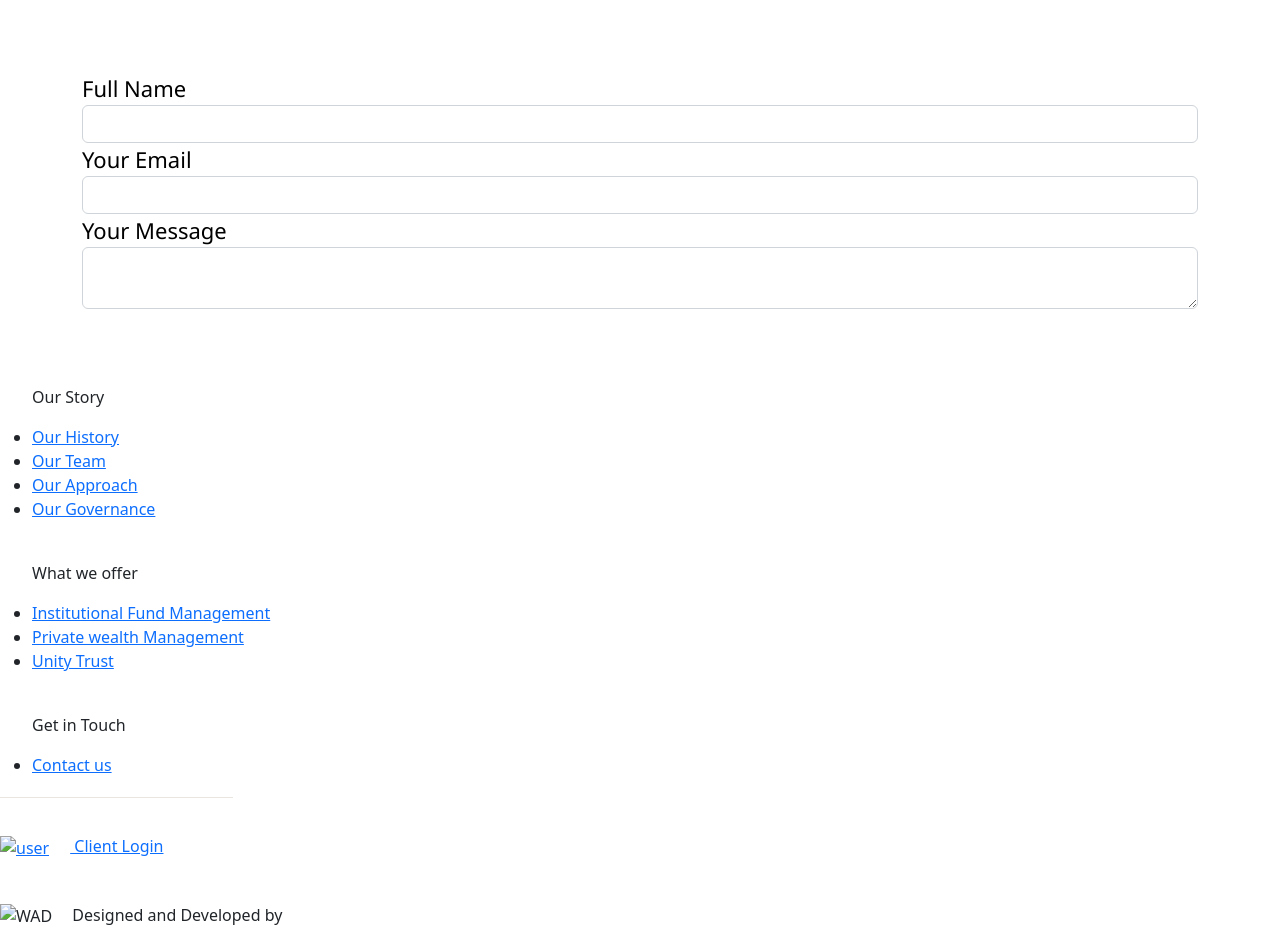
Repository: kaushalyaweerakoon/Plantation-Villa
Page: contact-us.html
An editor plug-in stored every save of this project. The page is shown before and after the next save, followed by the edit.
The browser window is 1280 px wide. The pictures show the part of the page from y = 1495 to 2447 px (the page is 2447 px tall before and 1906 px after).
Some web fonts or font styles are not loaded; a fallback is used.

Above is the page before, as saved 2022-08-15 15:22:28.
Not found: assets/images/user.svg
Not found: assets/images/we are designers logo.png
Not found: assets/js/main.js

### contact-us.html
<!doctype html>
<html lang="en">

<head>
    <meta charset="utf-8">
    <meta name="viewport" content="width=device-width, initial-scale=1">

    <title>Plantation Villa| News Inner</title>

    <!-- Bootstrap css -->
    <link href="https://cdn.jsdelivr.net/npm/bootstrap@5.2.0-beta1/dist/css/bootstrap.min.css" rel="stylesheet"
        integrity="sha384-0evHe/X+R7YkIZDRvuzKMRqM+OrBnVFBL6DOitfPri4tjfHxaWutUpFmBp4vmVor" crossorigin="anonymous">

    <!-- fonts -->
    <link href="http://fonts.cdnfonts.com/css/segoe-ui-4" rel="stylesheet">
    <link rel="preconnect" href="https://fonts.googleapis.com">
    <link rel="preconnect" href="https://fonts.gstatic.com" crossorigin>

    <!-- swiperJS -->
    <link rel="stylesheet" href="https://unpkg.com/swiper@8/swiper-bundle.min.css" />

    <!-- custom css -->
    <link rel="stylesheet" href="asserts/css/main.css">

</head>


<!-- Section 2-->
<section class="container mt-md-4 mt-3 mb-5 pb-4">
    <p class="title pt-3">CONTACT US</p>

    <div class="text-center" id="">
        <p class="text">
            Lorem ipsum dolor sit amet, consectetur adipiscing elit. Cras cursus velit eu efficitur ultricies. Ut
            interdum et ipsum quis mattis. Sed bibendum arcu non sodales euismod. Proin ac metus quis ligula tempus
            commodo id a nunc.
        </p>
    </div>
</section>

<div class="container pb-4">
    <!-- Breadcrumb -->
    <nav aria-label="" class="mt-5 mb-4 ">
        <ol class="breadcrumb">
            <li class="breadcrumb-item"><a href="" class="breadcrumb-text fs-13-px text-font-family">Contact
                    Us </a>
            <li class="breadcrumb-item"><a href="" aria-current="page"
                    class="breadcrumb-text active fs-13-px text-font-family">Get In Touch</a>
            </li>
        </ol>
    </nav>
    <!--/ Breadcrumb -->

    <div class="row gy-3 gx-4">
        <div class="col-md-4 col-xl-2 pe-xl-5">

            <div class="col-xl-12 pb-5">
                <p class="country-text">Sri Lanka</p>
                <p class="">Wattalaya Watta,<br>
                    Nehinna, Dodangoda,<br>
                    Kalutara, Sri Lanka</p>
                <ul class="list-unstyled">
                    <li><a class="mb-3 lh-lg text-dark text-decoration-none"
                            href="reservations@srimal.com">reservations@srimal.com</a>
                    </li>
                    <li><a class="text-dark text-decoration-none" href="tel:++090123456789">+090123456789</a></li>
                </ul>
            </div>
        </div>

        <div class="col-md-4 col-xl-2 pe-xl-5">
        </div>

        <div class="col-md-4 col-xl-2 pe-xl-5">
            <div class="col-xl-12 pb-5">
                <p class="country-text">UK</p>
                <p class="">Wattalaya Watta,<br>
                    Nehinna, Dodangoda,<br>
                    Kalutara, Sri Lanka</p>
                <ul class="list-unstyled">
                    <li><a class="mb-3 lh-lg text-dark text-decoration-none"
                            href="reservations@srimal.com">reservations@srimal.com</a>
                    </li>
                    <li><a class="text-dark text-decoration-none" href="tel:++090123456789">+090123456789</a></li>
                </ul>
            </div>

        </div>
    </div>
</div>


<!-- map section-->
<section class="container mt-md-4 mt-3 mb-5 pb-4">

    <div class="ratio" style="--bs-aspect-ratio: 50%;">
        <iframe
            src="https://www.google.com/maps/embed?pb=!1m14!1m8!1m3!1d52824.16461165647!2d80.37247646048803!3d7.61515466786648!3m2!1i1024!2i768!4f13.1!3m3!1m2!1s0x3ae333391ecc0a0d%3A0x8a95434c984a12bf!2sARALIYA%20HOTEL!5e0!3m2!1sen!2slk!4v1660547131912!5m2!1sen!2slk"
            width="600" height="450" style="border:0;" allowfullscreen="" loading="lazy"
            referrerpolicy="no-referrer-when-downgrade"></iframe>
    </div>
</section>
<!-- map section -->

<!-- Breadcrumb -->
<div class="container pb-4 p-2">
    <nav aria-label="" class="mt-5 mb-4 ">
        <ol class="breadcrumb">
            <li class="breadcrumb-item"><a href="" class="breadcrumb-text fs-13-px text-font-family">Contact
                    Us </a>
            <li class="breadcrumb-item"><a href="" aria-current="page"
                    class="breadcrumb-text active fs-13-px text-font-family">Inquire Now</a>
            </li>
        </ol>
    </nav>
</div>
<!--/ Breadcrumb -->
<section>
    <div class="container pb-4">
        <nav aria-label="" class="mt-5 mb-4 ">
            <div id="contact-us">
                <form>
                    <div class="">
                        <div class="">
                            <label for="fullname" class="text">Full Name</label>
                            <input type="text" class="form-control" id="fullname" aria-describedby="emailHelp">
                        </div>
                        <div class="">
                            <div class="d-flex justify-content-between align-items-center">
                                <label for="emailaddress" class="text">Your Email </label>
                            </div>
                            <input type="email" class="form-control" id="emailaddress" aria-describedby="emailHelp">
                        </div>

                        <div class="">
                            <label for="comment" class="text">Your Message</label>
                            <textarea class="form-control h-auto" id="comment"></textarea>
                        </div>
                    </div>
                </form>
            </div>
        </nav>
    </div>
</section>

<div class="offcanvas-body m-0 p-0 pt-4 mt-1">
    <div class="sidenav">
        <ul class="pb-4">
            <p class="nav-text">Our Story</p>
            <li><a href="" class="nav-main-text">Our History</a></li>
            <li><a href="" class="nav-main-text">Our Team</a></li>
            <li><a href="" class="nav-main-text">Our Approach</a></li>
            <li><a href="" class="nav-main-text">Our Governance</a></li>
        </ul>
        <ul class="pb-4">
            <p class="nav-text">What we offer</p>
            <li><a href="" class="nav-main-text">Institutional Fund Management</a></li>
            <li><a href="" class="nav-main-text">Private wealth Management</a></li>
            <li><a href="" class="nav-main-text">Unity Trust</a></li>
        </ul>
        <ul class="pb-1">
            <p class="nav-text">Get in Touch</p>
            <li><a href="" class="nav-main-text">Contact us</a></li>
        </ul>
        <hr style="width: 233px; color: #a79c84; padding-bottom: 20px;">
        <a href="" class="nav-main-text">
            <img src="assets/images/user.svg" alt="user" style="padding-right: 21px;">
            Client Login
        </a>
        <div class="pb-4" style="padding-top: 43px;">
            <img src="assets/images/we are designers logo.png" alt="WAD"
                style="width: 18px; height: 13.7px;">
            <span class="sourceSansPro-font fs-11-px grayOlive-color fw-normal ps-3">Designed and
                Developed
                by</span>
        </div>
    </div>
</div>

</div>



<!-- bootstrap -->
<script src="https://cdn.jsdelivr.net/npm/bootstrap@5.2.0-beta1/dist/js/bootstrap.bundle.min.js"
    integrity="sha384-pprn3073KE6tl6bjs2QrFaJGz5/SUsLqktiwsUTF55Jfv3qYSDhgCecCxMW52nD2"
    crossorigin="anonymous"></script>

<!-- swiperJS -->
<script src="https://unpkg.com/swiper@8/swiper-bundle.min.js"></script>

<!-- custom script -->
<script src="assets/js/main.js"></script>


</body>

</html>

### asserts/css/main.css
/* Call the root */
:root {
  --Lora-font: 'Lora';
  --Segoe-font: 'Segoe UI';

  --font-size-14px: 18px;
  --font-size-20px: 20px;
  --font-size-22px: 22px;
  --font-size-25px: 25px;
  --font-size-30px: 30px;
  --font-size-35px: 35px;
  --font-size-40px: 40px;

  --font-color-8d6e63: #8d6e63;
  --font-color-3e2222: #3e2222;
  --bggreen: #7d824a;
  --co-white: #ffffff;
}

/* Create clases for fronts */
.Lora-ff {
  font-family: var(--Lora-font);
}

.Segoe-ff {
  font-family: var(--Segoe-font);
}

/* Create clases for front sizes*/
.fs-18-px {
  font-size: var(--font-size-18px)
}

.fs-20-px {
  font-size: var(--font-size-20px)
}

.fs-22-px {
  font-size: var(--font-size-22px)
}

.fs-25-px {
  font-size: var(--font-size-22px)
}

.fs-30-px {
  font-size: var(--font-size-30px)
}

.fs-35-px {
  font-size: var(--font-size-35px)
}

.fs-40-px {
  font-size: var(--font-size-40px)
}

/* Color */
.txt-purple {
  color: var(--font-color-8d6e63)
}

.txt-red {
  color: var(--font-color-3e2222)
}

/* news inner */

/* Breadcrumb */
.breadcrumb-text {
  font-family: var(--Lora-font);
  text-decoration: none;
  color: var(--font-color-8d6e63);
  font-weight: normal;
  font-size: var(--font-size-20px);
}

.breadcrumb-text.active {
  color: var(--font-color-3e2222);
  text-decoration: none;
  font-weight: normal;
}

.breadcrumb-text:hover {
  font-family: var(--Lora-font);
  font-size: var(--font-size-35px);
  color: var(--font-color-8d6e63);
  text-decoration: none;
}

/* -- */

.newsinner-date {
  color: var(--font-color-8d6e63);
  font-family: var(--Segoe-font);
  font-size: var(--font-size-20px);
}

.newsinner-head {
  color: var(--font-color-3e2222);
  font-family: var(--Lora-font);
  font-size: 45px;
  font-weight: normal;
}

/* Heading */

.title {
  font-size: var(--font-size-30px);
  font-family: var(--Segoe-font);
  color: var(--font-color-8d6e63);
  text-align: center;
  margin-bottom: clamp(40px, 5vw, 71px);
}
.text{
  font-size: var(--font-size-22px);
  font-family: var(--Segoe-font);
  color: #000;
}

/* contact us */
.country-text {
  font-family: var(--Lora-font)!important;
  color: var(--font-color-3e2222);
  font-weight: normal;
  font-size: var(--font-size-30px);
}

After the next save:
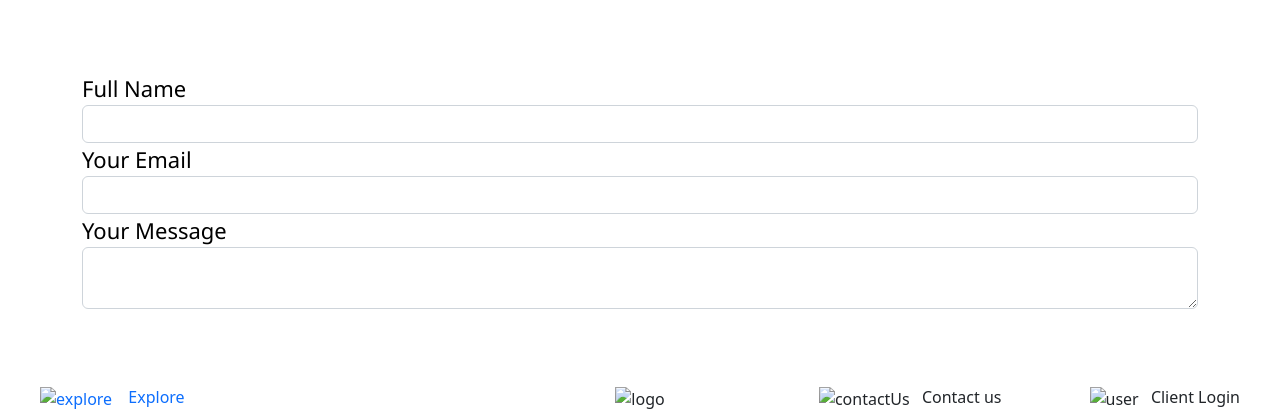
Not found: assets/images/contactUs-white.svg
Not found: assets/images/explore-white.svg
Not found: assets/images/logo.png
Saved 43 s later.
--- a/contact-us.html
+++ b/contact-us.html
@@ -143,41 +143,76 @@
     </div>
 </section>
 
-<div class="offcanvas-body m-0 p-0 pt-4 mt-1">
-    <div class="sidenav">
-        <ul class="pb-4">
-            <p class="nav-text">Our Story</p>
-            <li><a href="" class="nav-main-text">Our History</a></li>
-            <li><a href="" class="nav-main-text">Our Team</a></li>
-            <li><a href="" class="nav-main-text">Our Approach</a></li>
-            <li><a href="" class="nav-main-text">Our Governance</a></li>
-        </ul>
-        <ul class="pb-4">
-            <p class="nav-text">What we offer</p>
-            <li><a href="" class="nav-main-text">Institutional Fund Management</a></li>
-            <li><a href="" class="nav-main-text">Private wealth Management</a></li>
-            <li><a href="" class="nav-main-text">Unity Trust</a></li>
-        </ul>
-        <ul class="pb-1">
-            <p class="nav-text">Get in Touch</p>
-            <li><a href="" class="nav-main-text">Contact us</a></li>
-        </ul>
-        <hr style="width: 233px; color: #a79c84; padding-bottom: 20px;">
-        <a href="" class="nav-main-text">
-            <img src="assets/images/user.svg" alt="user" style="padding-right: 21px;">
-            Client Login
+<div class="position-absolute row m-0 w-100 pt-4 mt-1">
+    <div class="col ms-4 ps-3">
+        <a class="text-decoration-none" data-bs-toggle="offcanvas" href="#offcanvasExample">
+            <img src="assets/images/explore-white.svg" alt="explore" class="pe-2 me-1">
+            <span class="nav-text">Explore</span>
         </a>
-        <div class="pb-4" style="padding-top: 43px;">
-            <img src="assets/images/we are designers logo.png" alt="WAD"
-                style="width: 18px; height: 13.7px;">
-            <span class="sourceSansPro-font fs-11-px grayOlive-color fw-normal ps-3">Designed and
-                Developed
-                by</span>
-        </div>
-    </div>
-</div>
-
-</div>
+    </div>
+    <div class="col col-xl-auto col-md-auto">
+        <img src="assets/images/logo.png" alt="logo" id="logo">
+    </div>
+    <div class="col me-4 pe-3">
+        <div class="row row-cols-3 justify-content-end">
+            <div class="col-xl-auto pe-xl-5 pe-md-3 col-md-4 col-8">
+                <img src="assets/images/contactUs-white.svg" alt="contactUs" class="pe-2">
+                <span class="nav-text">Contact us</span>
+            </div>
+            <div class="col-xl-auto vl ps-md-3 col-lg-5">
+                <img src="assets/images/user-white.svg" alt="user" class="me-lg-0 me-md-3 pe-2 ps-lg-4">
+                <span class="nav-text">Client Login</span>
+            </div>
+        </div>
+    </div>
+
+    <!-- Explore -->
+    <div class="offcanvas offcanvas-start" tabindex="-1" id="offcanvasExample"
+        aria-labelledby="offcanvasExampleLabel" style="padding-left: 53px; padding-top: 32px;">
+
+        <div class="offcanvas-header p-0 pb-3">
+            <div>
+                <button type="button" class="btn-close me-3 p-0 pb-2" data-bs-dismiss="offcanvas"></button>
+                <span class="offcanvas-title nav-text text-black" id="offcanvasExampleLabel">Close</span>
+            </div>
+        </div>
+
+        <div class="offcanvas-body m-0 p-0 pt-4 mt-1">
+            <div class="sidenav">
+                <ul class="pb-4">
+                    <p class="nav-text">Our Story</p>
+                    <li><a href="" class="nav-main-text">Our History</a></li>
+                    <li><a href="" class="nav-main-text">Our Team</a></li>
+                    <li><a href="" class="nav-main-text">Our Approach</a></li>
+                    <li><a href="" class="nav-main-text">Our Governance</a></li>
+                </ul>
+                <ul class="pb-4">
+                    <p class="nav-text">What we offer</p>
+                    <li><a href="" class="nav-main-text">Institutional Fund Management</a></li>
+                    <li><a href="" class="nav-main-text">Private wealth Management</a></li>
+                    <li><a href="" class="nav-main-text">Unity Trust</a></li>
+                </ul>
+                <ul class="pb-1">
+                    <p class="nav-text">Get in Touch</p>
+                    <li><a href="" class="nav-main-text">Contact us</a></li>
+                </ul>
+                <hr style="width: 233px; color: #a79c84; padding-bottom: 20px;">
+                <a href="" class="nav-main-text">
+                    <img src="assets/images/user.svg" alt="user" style="padding-right: 21px;">
+                    Client Login
+                </a>
+                <div class="pb-4" style="padding-top: 43px;">
+                    <img src="assets/images/we are designers logo.png" alt="WAD"
+                        style="width: 18px; height: 13.7px;">
+                    <span class="sourceSansPro-font fs-11-px grayOlive-color fw-normal ps-3">Designed and
+                        Developed
+                        by</span>
+                </div>
+            </div>
+        </div>
+
+    </div>
+    <!-- Explore -->
 
 
 

After the 2 saves that followed:
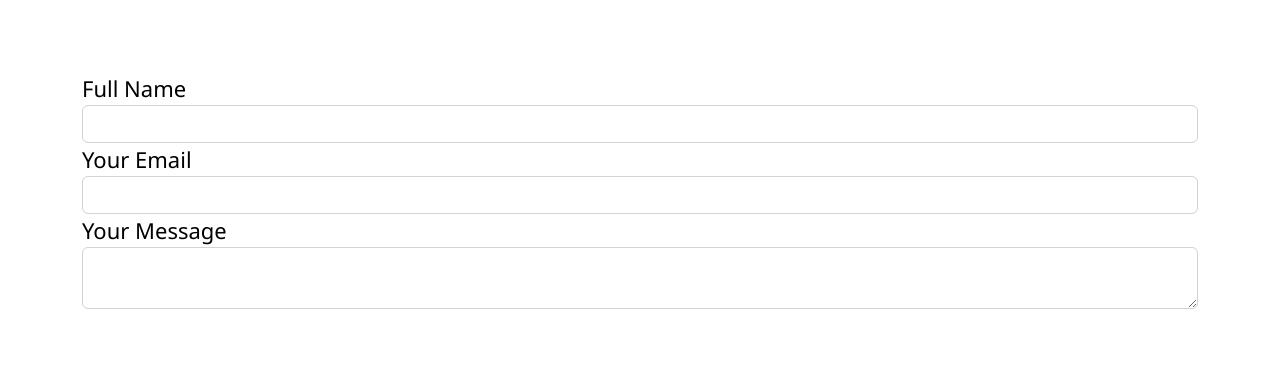
The 2 saves are shown as one change because they came seconds apart.
The last was saved 61 s later.
--- a/contact-us.html
+++ b/contact-us.html
@@ -144,27 +144,6 @@
 </section>
 
 <div class="position-absolute row m-0 w-100 pt-4 mt-1">
-    <div class="col ms-4 ps-3">
-        <a class="text-decoration-none" data-bs-toggle="offcanvas" href="#offcanvasExample">
-            <img src="assets/images/explore-white.svg" alt="explore" class="pe-2 me-1">
-            <span class="nav-text">Explore</span>
-        </a>
-    </div>
-    <div class="col col-xl-auto col-md-auto">
-        <img src="assets/images/logo.png" alt="logo" id="logo">
-    </div>
-    <div class="col me-4 pe-3">
-        <div class="row row-cols-3 justify-content-end">
-            <div class="col-xl-auto pe-xl-5 pe-md-3 col-md-4 col-8">
-                <img src="assets/images/contactUs-white.svg" alt="contactUs" class="pe-2">
-                <span class="nav-text">Contact us</span>
-            </div>
-            <div class="col-xl-auto vl ps-md-3 col-lg-5">
-                <img src="assets/images/user-white.svg" alt="user" class="me-lg-0 me-md-3 pe-2 ps-lg-4">
-                <span class="nav-text">Client Login</span>
-            </div>
-        </div>
-    </div>
 
     <!-- Explore -->
     <div class="offcanvas offcanvas-start" tabindex="-1" id="offcanvasExample"
